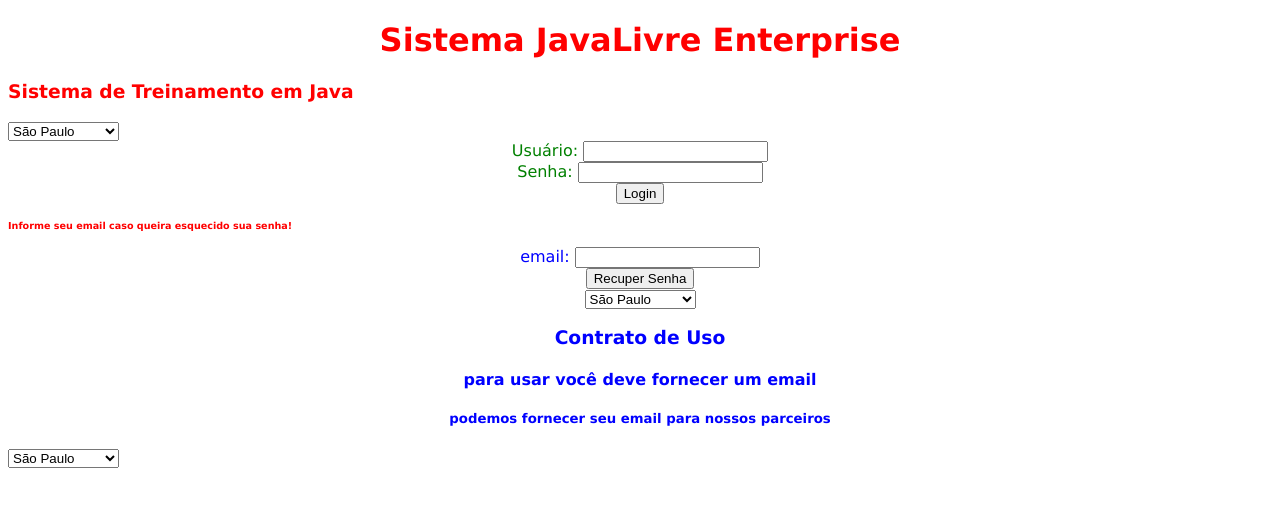
Repository: marciojv/treina-java
Page: workspace/JavaLivre/src/html/login.html
These files come from the project's save history. The page is drawn as it stood at one moment and after the next save; the edit follows.
The browser window is 1280 px wide. The pictures show the whole page.

Above is the page before, as saved 2017-06-10 16:37:25.

After the next save:
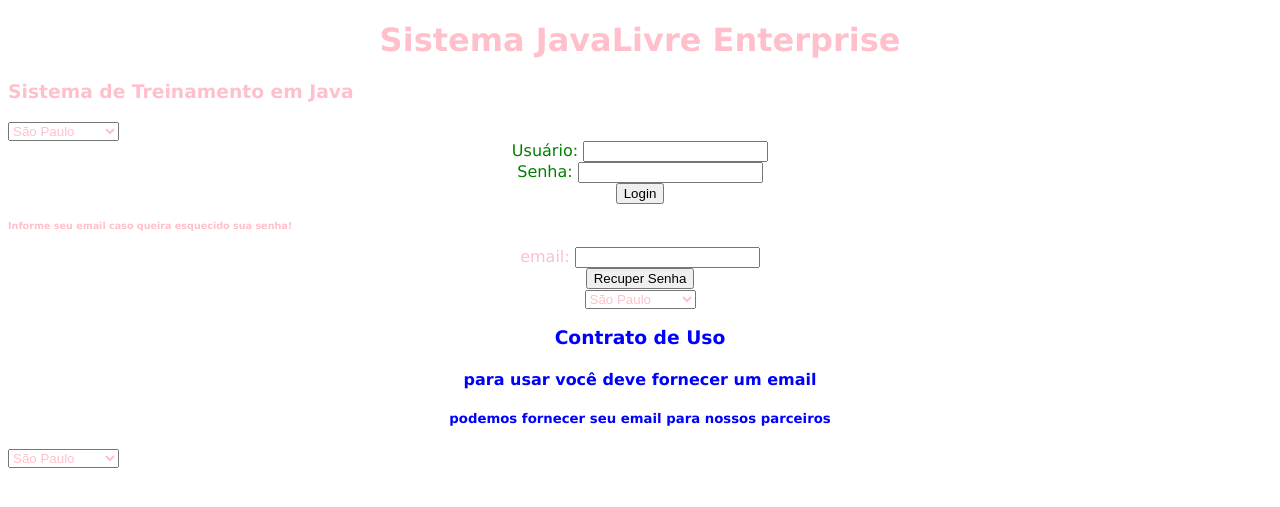
Saved 23 s later.
--- a/workspace/JavaLivre/src/html/css/javalivre.css
+++ b/workspace/JavaLivre/src/html/css/javalivre.css
@@ -6,7 +6,7 @@ body {
 }
 
 
-form select body {
+form,select,body {
     color: pink;
 }
 
